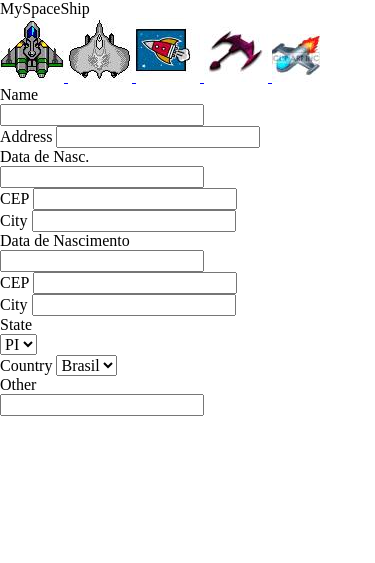
Repository: eudesf/MySpaceShip
Page: MySpaceShip/WebContent/index.html
An editor plug-in stored every save of this project. The page is shown before and after a run of saves, followed by the edit.
The browser window is 375 px wide. The pictures show the whole page.

Above is the page before, as saved 2012-03-19 14:25:28.

### MySpaceShip/WebContent/index.html
<!DOCTYPE html>

<html>
	<head>
		<meta charset="UTF-8">

		<title>MySpaceShip</title>

		<link rel="stylesheet" href="css/mainlayout.css" type="text/css" media="screen"/>
		<link rel="stylesheet" href="css/formlayout.css" type="text/css" media="screen"/>

		<style>
			.color1 {
				background: silver;
			}
			.color2 {
				background: gray;
			}
			.color3 {
				background: green;
			}
			.color4 {
				background: brown;
			}

		</style>
	</head>
	<body>

		<header>
			<h2>MySpaceShip</h2>
		</header>

		<nav>
			<a href="javascript:void(0)">
				<img src="images/ship1.jpg" alt="ship 1"/>
			</a>
			<a href="javascript:void(0)">
				<img src="images/ship2.jpg" alt="ship 2"/>
			</a>
			<a href="javascript:void(0)">
				<img src="images/ship3.jpg" alt="ship 3"/>
			</a>
			<a href="javascript:void(0)">
				<img src="images/ship4.jpg" alt="ship 4"/>
			</a>
			<a href="javascript:void(0)">
				<img src="images/ship5.jpg" alt="ship 5"/>
			</a>
		</nav>

		<section>
			<article>
				<form class="labelw20p">

					<label for="name">Name</label>

					<div class="w30p">
						<input id="name" class="w100p" type="text" />
					</div>

					<div class="w50p">
						<label for="address">Address</label>
						<input id="address" type="text"/>
					</div>

					<label for="birthdate">Data de Nasc.</label>

					<div class="w30p">
						<input id="birthdate" type="text" class="w100p"/>
					</div>

					<div class="w25p">
						<label for="cep">CEP</label>
						<input id="cep" type="text"/>
					</div>

					<div class="w25p">
						<label for="city">City</label>
						<input id="city" type="text"/>
					</div>

					<label for="birthdate">Data de Nascimento</label>

					<div class="w30p">
						<input id="birthdate" type="text" class="w100p"/>
					</div>

					<div class="w25p">
						<label for="cep">CEP</label>
						<input id="cep" type="text"/>
					</div>

					<div class="w25p">
						<label for="city">City</label>
						<input id="city" type="text"/>
					</div>


					<label for="state">State</label>

					<div class="w30p">
						<select id="state" class="w100p">
							<option value="PI">PI</option>
						</select>
					</div>

					<div class="w50p">
						<label for="country">Country</label>
						<select id="country">
							<option value="BRA">Brasil</option>
						</select>
					</div>

					<label for="others">Other</label>
					<div class="w80p">
						<input id="others" type="text" class="w100p" />
					</div>
				</form>
			</article>
		</section>

	</body>
</html>

### MySpaceShip/WebContent/css/mainlayout.css
/* reset from YUI 3 */
html{color:#000;background:#FFF;}body,div,dl,dt,dd,ul,ol,li,h1,h2,h3,h4,h5,h6,pre,code,form,fieldset,legend,input,textarea,p,blockquote,th,td{margin:0;padding:0;}table{border-collapse:collapse;border-spacing:0;}fieldset,img{border:0;}address,caption,cite,code,dfn,em,strong,th,var{font-style:normal;font-weight:normal;}li{list-style:none;}caption,th{text-align:left;}h1,h2,h3,h4,h5,h6{font-size:100%;font-weight:normal;}q:before,q:after{content:'';}abbr,acronym{border:0;font-variant:normal;}sup{vertical-align:text-top;}sub{vertical-align:text-bottom;}input,textarea,select{font-family:inherit;font-size:inherit;font-weight:inherit;}input,textarea,select{*font-size:100%;}legend{color:#000;}

@media screen and (min-width: 501px) {
	header {
		background: #000;
		color: #fff;
		height: 30px
	}

	nav {
		float: left;
		width: 80px;
	}

	nav a {
		display: block;
		text-align: center;
		padding-top: 10px;
	}

	section {
		position: absolute;
		left: 80px;
		right: 0px;
		top: 30px;
		bottom: 30px;
	}

	article {
		margin: 10px;
		border: 1px solid gray;
		padding: 10px 10px 10px 0;

		-moz-border-radius: 4px;
		-webkit-border-radius: 4px;
		border-radius: 4px;

		-moz-box-shadow:    2px 2px 3px 1px #ccc;
		-webkit-box-shadow: 2px 2px 3px 1px #ccc;
		box-shadow:         2px 2px 3px 1px #ccc;

		height: 100%;
	}
}

### MySpaceShip/WebContent/css/formlayout.css
@media screen and (min-width: 501px) {

	form, form div {
		letter-spacing: -7px;
	}

	form *, form div * {
		letter-spacing: -1px;
	}

	form div {
		display: inline-block;
		position: relative;
		margin-top: 5px;
	}

	form label {
		display: inline-block;
		width: 30%;
		vertical-align: middle;
		padding: 0 0 0 10px;

		border: 0;
		-webkit-box-sizing: border-box;
		-moz-box-sizing: border-box;
		box-sizing: border-box;
	}

	form input, form select {
		-webkit-box-sizing: border-box;
		-moz-box-sizing: border-box;
		box-sizing: border-box;

		position: relative;
		width: 70%;

		vertical-align: middle;
	}

	form.labelw20p > label {
		width: 20%;
	}

	form .w10p {
		width: 10%;
	}

	form .w20p {
		width: 20%;
	}

	form .w25p {
		width: 25%;
	}

	form .w30p {
		width: 30%;
	}

	form .w50p {
		width: 50%;
	}

	form .w80p {
		width: 80%;
	}

	form .w100p {
		width: 100%;
	}
}

After the next 2 saves:
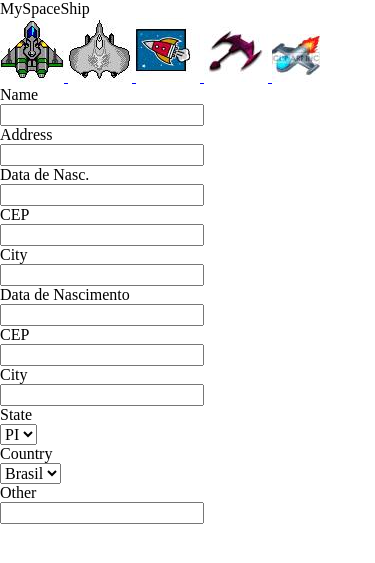
The 2 saves are shown as one change because they came seconds apart.
The last was saved 50 s later.
--- a/MySpaceShip/WebContent/css/formlayout.css
+++ b/MySpaceShip/WebContent/css/formlayout.css
@@ -69,3 +69,9 @@
 		width: 100%;
 	}
 }
+
+@media screen and (max-width: 500px) {
+	label {
+		display: block;
+	}
+}
